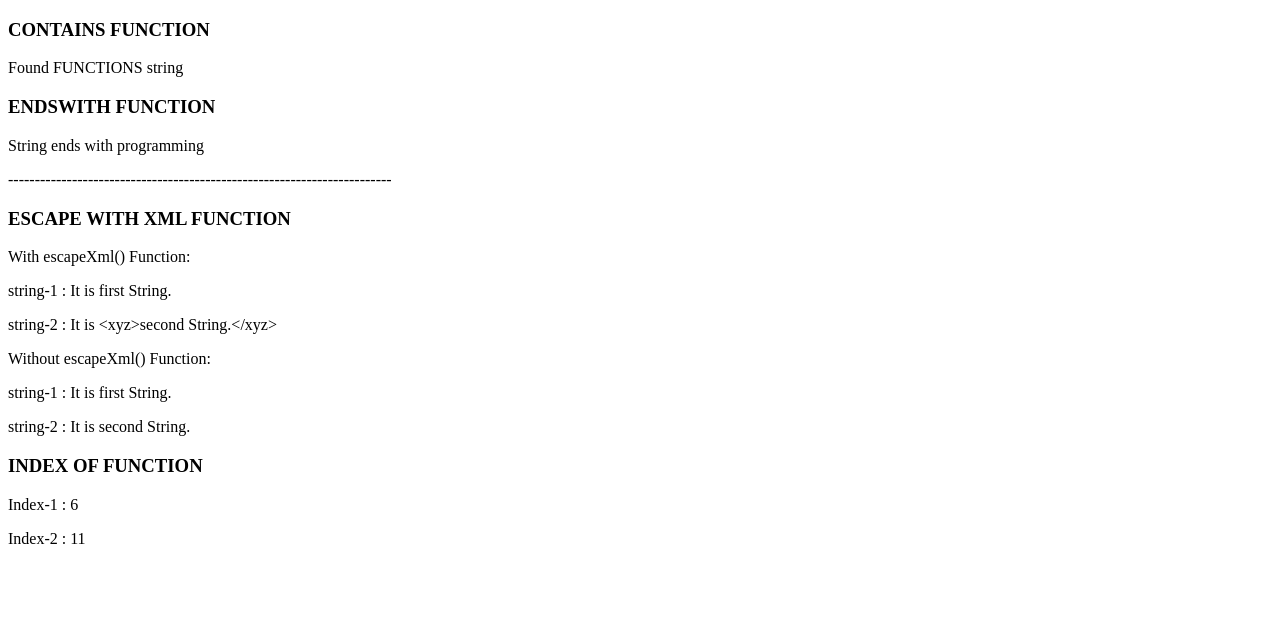
Repository: Siddhant1401/Aurionpro-J2EE
Page: http://localhost/04-JSTL-Tags/JSTLFunctions.jsp
These files come from the project's save history. The page is drawn as it stood at one moment and after a run of saves; the edit follows.
The browser window is 1280 px wide. The pictures show the whole page.
The page is served by Tomcat 9.

Above is the page before, as saved 2023-10-13 04:57:57.

After the next 2 saves:
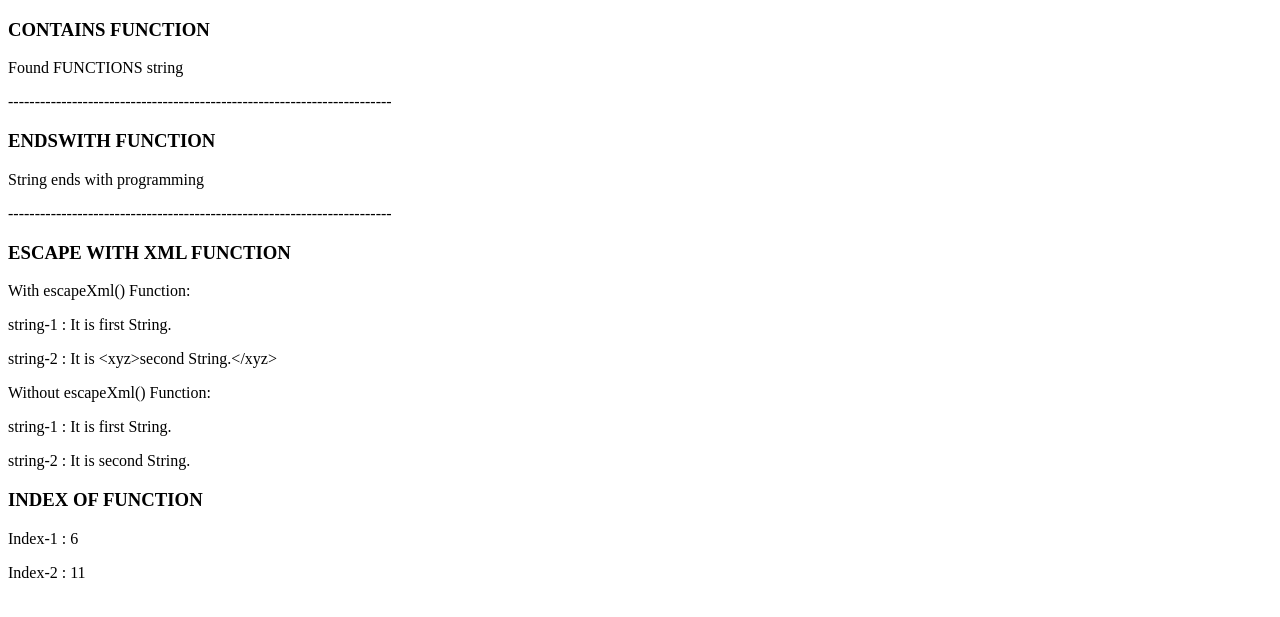
The 2 saves are shown as one change because they came seconds apart.
The last was saved 17 s later.
--- a/04-JSTL-Tags/WebContent/JSTLFunctions.jsp
+++ b/04-JSTL-Tags/WebContent/JSTLFunctions.jsp
@@ -22,6 +22,7 @@
 		<p>Found functions string</p>
 	</c:if>
 
+	<p>------------------------------------------------------------------------</p>
 
 	<h3>ENDSWITH FUNCTION</h3>
 	<c:set var="String" value="Welcome to JSP programming" />
